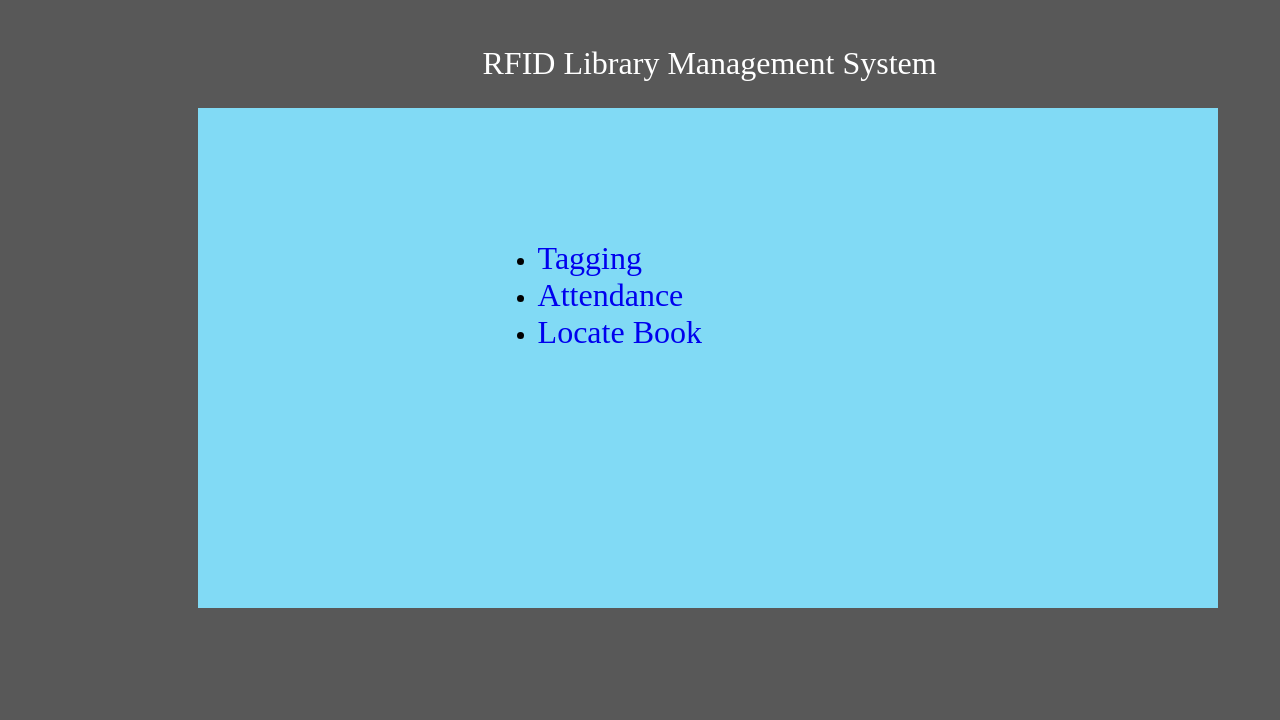
Repository: vigineshs/A-Smart-Data-Analyzer-for-Library-Management-System
Page: http://localhost/librarymgmt/
An editor plug-in stored every save of this project. The page is shown before and after the next save, followed by the edit.
The browser window is 1280 px wide. The pictures show the whole page.
The page is served by Tomcat 9.

Above is the page before, as saved 2013-02-11 07:45:47.

After the next save:
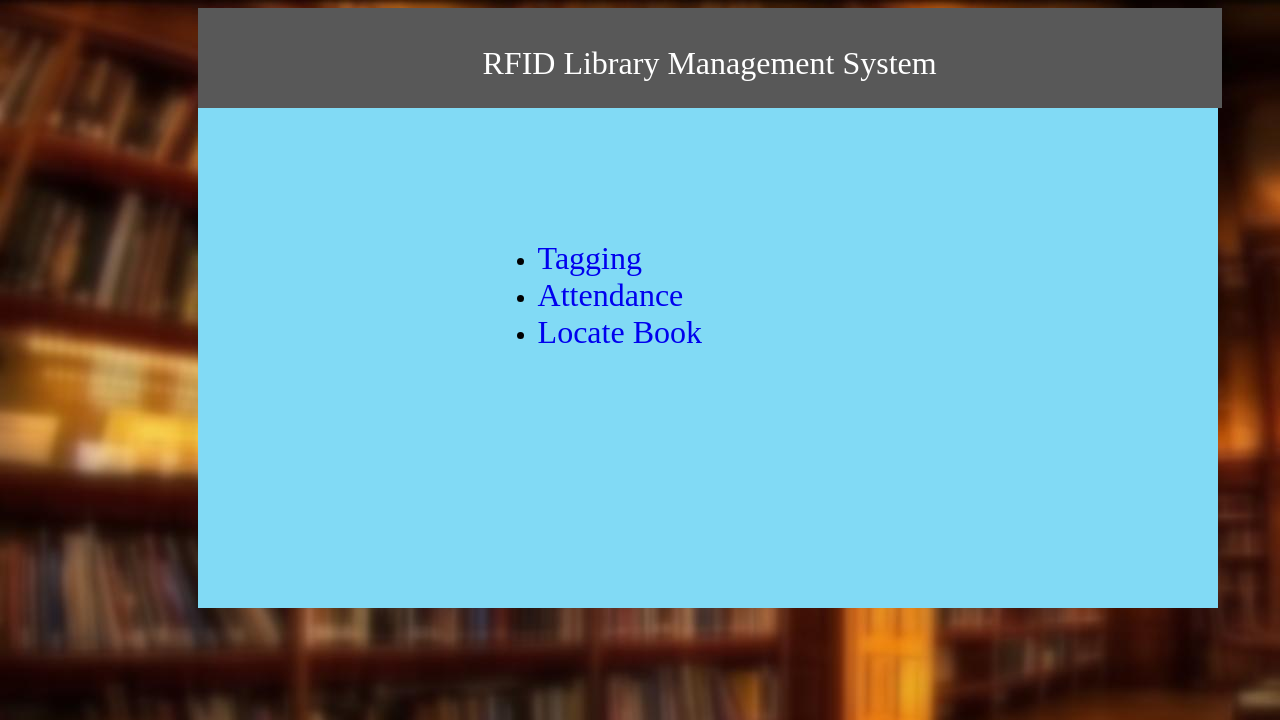
Saved 5 h 54 min later.
--- a/PassiveRFID/CS203-Version 1.0.6/Demo Applications/Dot Net C#/Demo Applications Source Code/RFID/librarymgmt/WebContent/index.jsp
+++ b/PassiveRFID/CS203-Version 1.0.6/Demo Applications/Dot Net C#/Demo Applications Source Code/RFID/librarymgmt/WebContent/index.jsp
@@ -7,7 +7,7 @@
 <link rel="stylesheet" type="text/css" href="css/page.css ">
 
 </head>
-<body>
+<body background="images/lib.jpg" >
 <div class="center">
 <div id="container">
 <div id="header"><br/>
